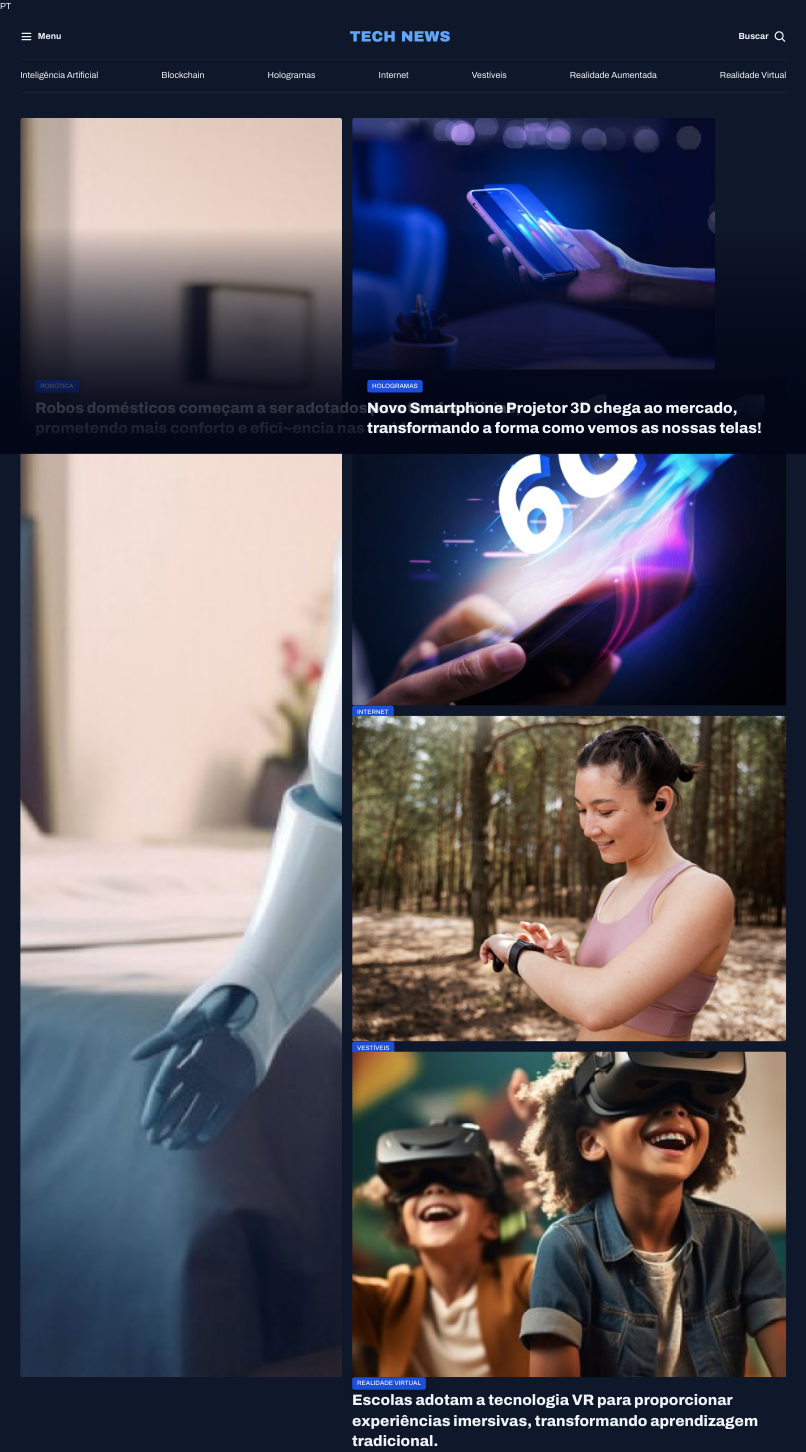
Repository: JeffRodFer/portalDeNoticias
Page: index.html
An editor plug-in stored every save of this project. The page is shown before and after the next save, followed by the edit.
The browser window is 1280 px wide. The pictures show the whole page, at 63% of full size.

Above is the page before, as saved 2025-04-15 22:08:59.

After the next save:
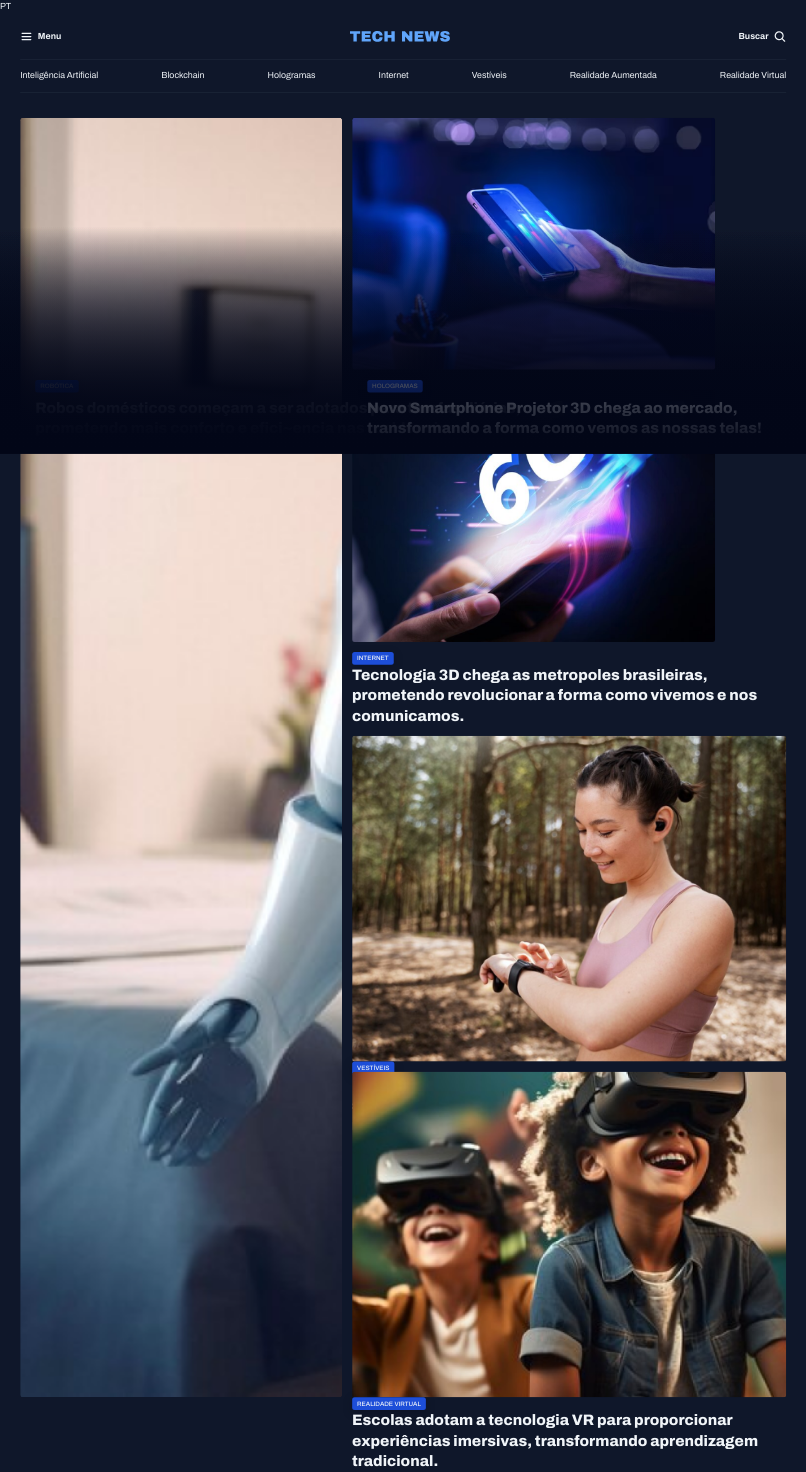
Saved 13 s later.
--- a/index.html
+++ b/index.html
@@ -59,7 +59,7 @@ PT<!DOCTYPE html>
             </h2>
           </figcaption>
         </figure>
-        <figure>
+        <figure class="card"></figure>
           <img src="assets/images/Image 03.png" alt="Tecnologia 3D chega as metropoles brasileiras, prometendo revolucionar a forma como vivemos e nos comunicamos.">
 
           <figcaption>
